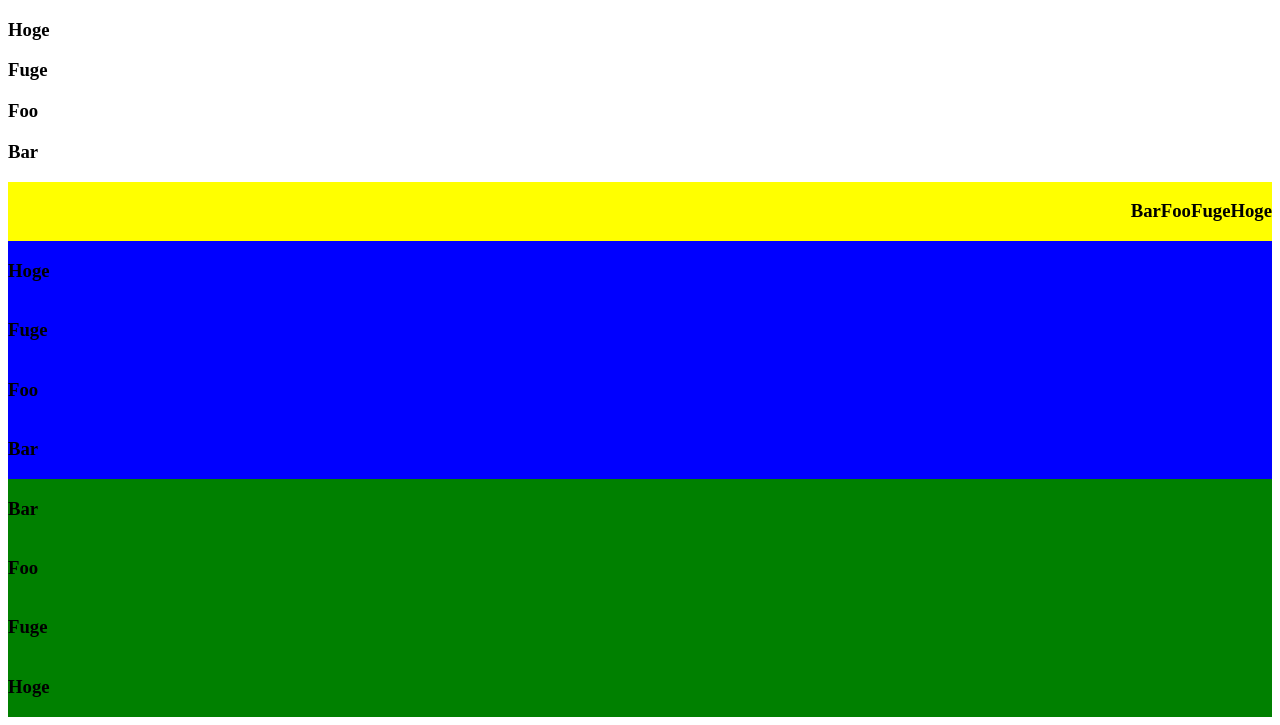
Repository: yoshi1924/samurai_HTML-CSS
Page: test.html
The author's editor kept a record of every edit. The page is drawn from the files as they stood at one moment, then again after the next edit.
The browser window is 1280 px wide. The pictures show the whole page.

Above is the page before.

After the next edit:
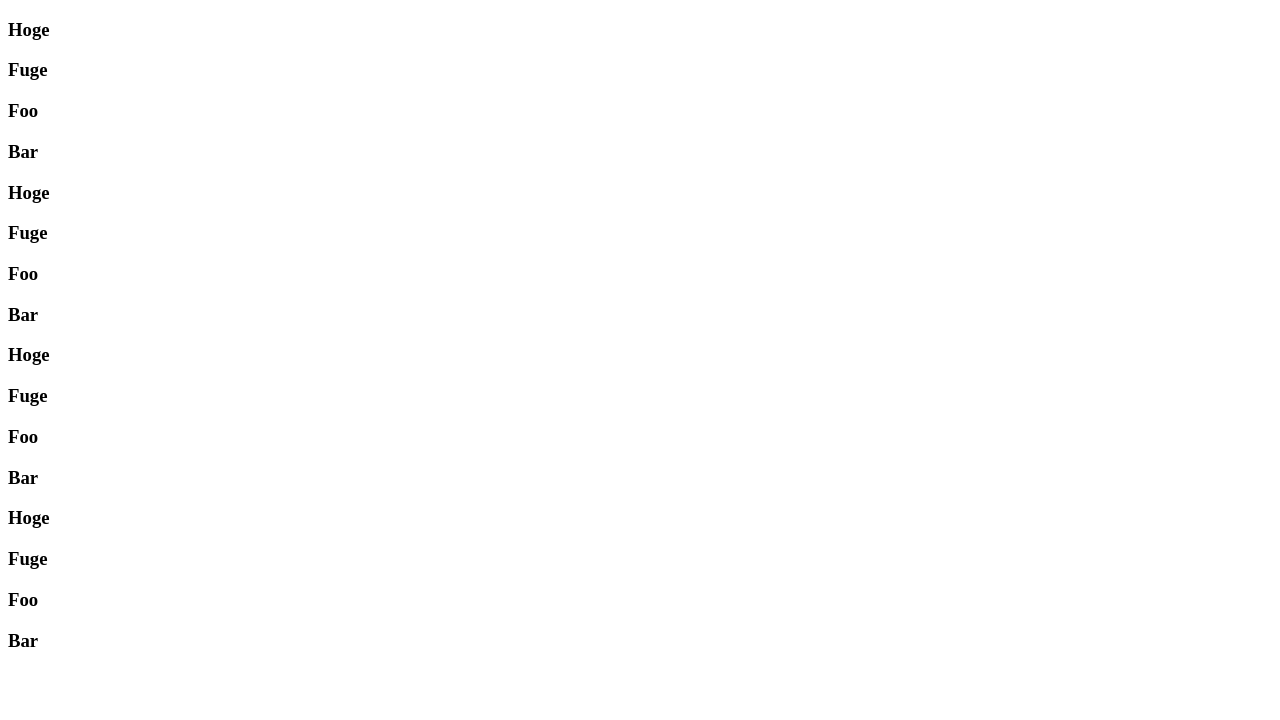
The edit:
--- a/test.html
+++ b/test.html
@@ -4,27 +4,27 @@
     <style>
     #no-wrap {
         display: flex;
-        flex-direction: row;
-        background-color: red;
+        flex-wrap: nowrap;
     }
 
-    #reverse {
+    #no-wrap {
         display: flex;
-        flex-direction: row-reverse;
-        background-color: yellow;
+        flex-wrap: nowrap;
     }
 
-    #column {
+    #no-wrap {
         display: flex;
-        flex-direction: column;
-        background-color: blue;
+        flex-wrap: nowrap;
     }
 
-    #column-reverse {
+
+    #no-wrap {
         display: flex;
-        flex-direction: column-reverse;
-        background-color: green;
+        flex-wrap: nowrap;
     }
+
+
+
     </style>
 </head>
 <body>
